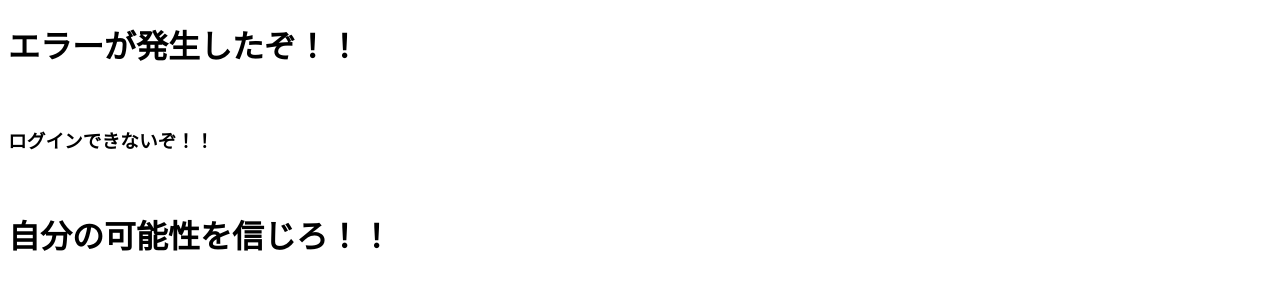
Repository: gabai23/test
Page: http://localhost/Webproj3/loginError.jsp
An editor plug-in stored every save of this project. The page is shown before and after the next save, followed by the edit.
The browser window is 1280 px wide. The pictures show the whole page.
The page is served by Tomcat 9. Nobody is signed in. The application's start-up code is not run. Other server files are loaded and not shown.

Above is the page before, as saved 2018-05-10 01:33:02.

### eclipse/Webproj3/WebContent/loginError.jsp
<%@ page language="java" contentType="text/html; charset=UTF-8"
    pageEncoding="UTF-8"%>
    <%@ taglib prefix="s" uri="/struts-tags" %>
<!DOCTYPE html >
<html>
<head>
<meta  charset="UTF-8">
<title>LoginError</title>
</head>
<body>
<h1>エラーが発生したぞ！！</h1>
<br>
<h3>ログインできないぞ！！</h3>

<br>
<h1>自分の可能性を信じろ！！</h1>
</body>
</html>

After the next save:
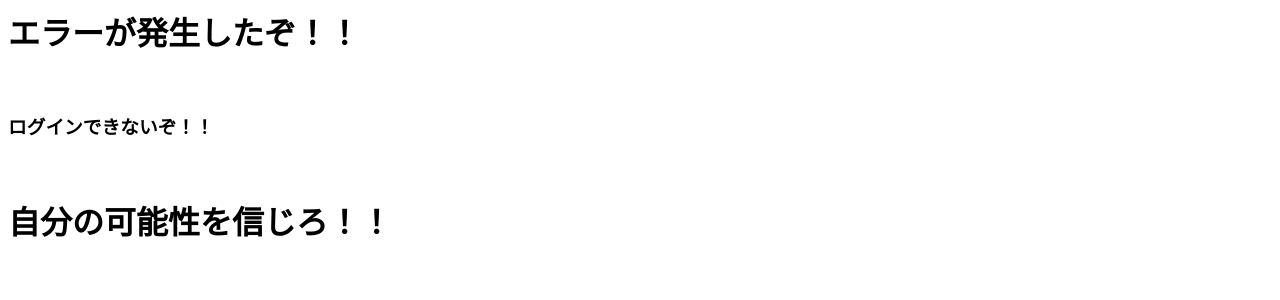
Saved 68 s later.
--- a/eclipse/Webproj3/WebContent/loginError.jsp
+++ b/eclipse/Webproj3/WebContent/loginError.jsp
@@ -1,7 +1,7 @@
 <%@ page language="java" contentType="text/html; charset=UTF-8"
     pageEncoding="UTF-8"%>
-    <%@ taglib prefix="s" uri="/struts-tags" %>
-<!DOCTYPE html >
+
+<!DOCTYPE  >
 <html>
 <head>
 <meta  charset="UTF-8">
